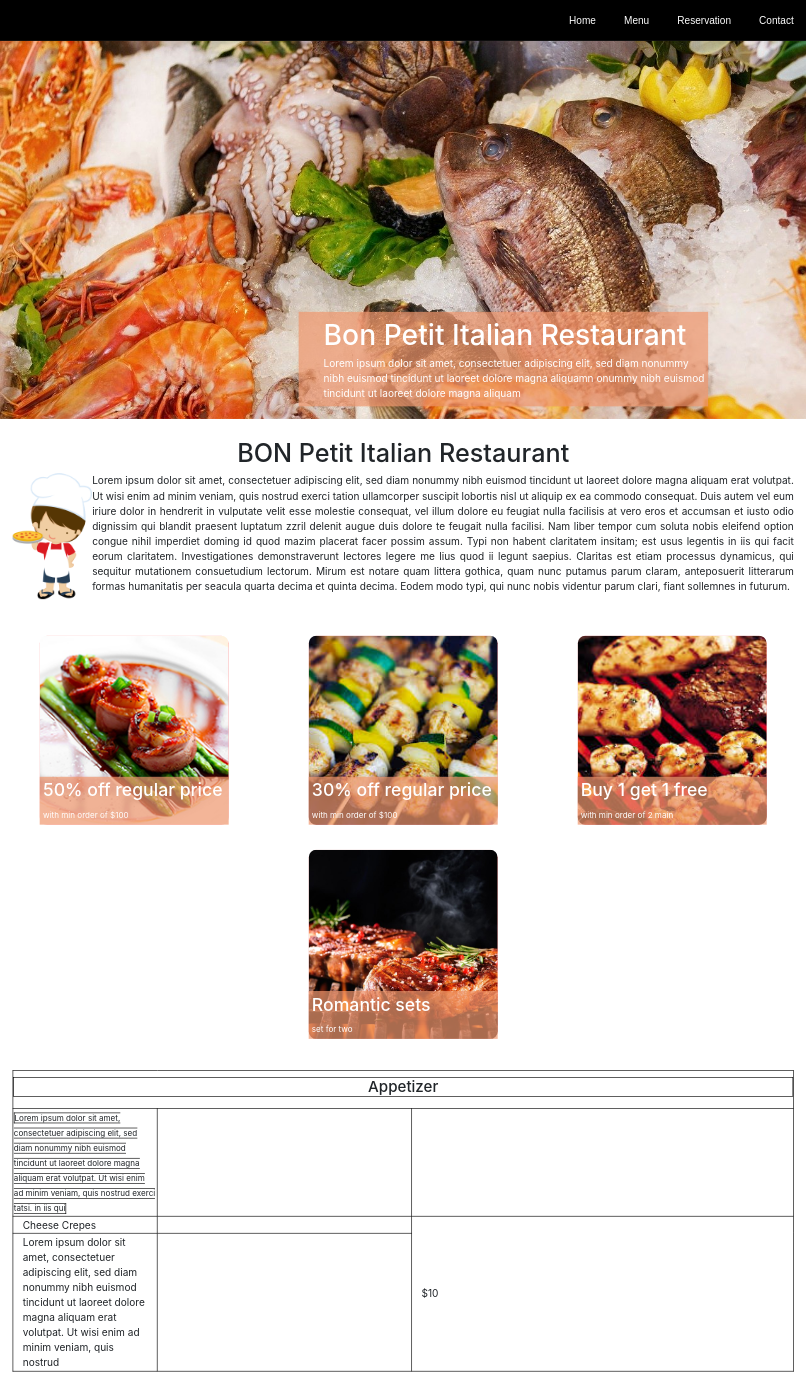
Repository: 4forces/HTML-CSS-LESSON
Page: lesson04-Mock-up-restaurant-tables/mock-up-project.html
The author's editor kept a record of every edit. The page is drawn from the files as they stood at one moment, then again after the next edit.
The browser window is 1280 px wide. The pictures show the whole page, at 63% of full size.

Above is the page before.

After the next edit:
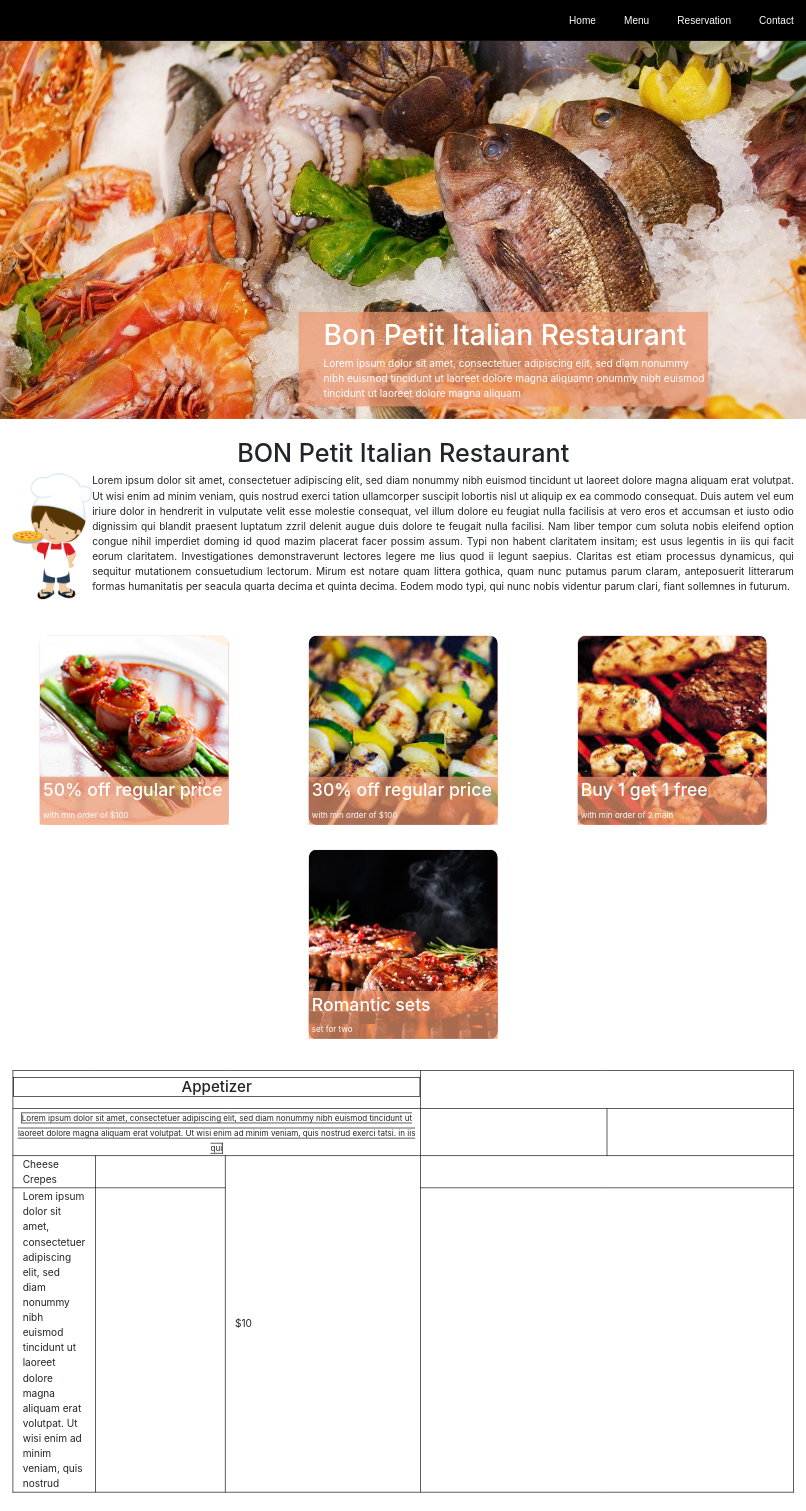
The edit:
--- a/lesson04-Mock-up-restaurant-tables/mock-up-project.html
+++ b/lesson04-Mock-up-restaurant-tables/mock-up-project.html
@@ -102,8 +102,8 @@
             </tr>
             <!--description-->
             <tr>
-                <td>
-                    <small>Lorem ipsum dolor sit amet, consectetuer adipiscing elit,
+                <td  colspan='3' style='text-align:center'>
+                    <small >Lorem ipsum dolor sit amet, consectetuer adipiscing elit,
                 sed diam nonummy nibh euismod tincidunt ut laoreet dolore
                 magna aliquam erat volutpat. Ut wisi enim ad minim veniam,
                 quis nostrud exerci tatsi.
